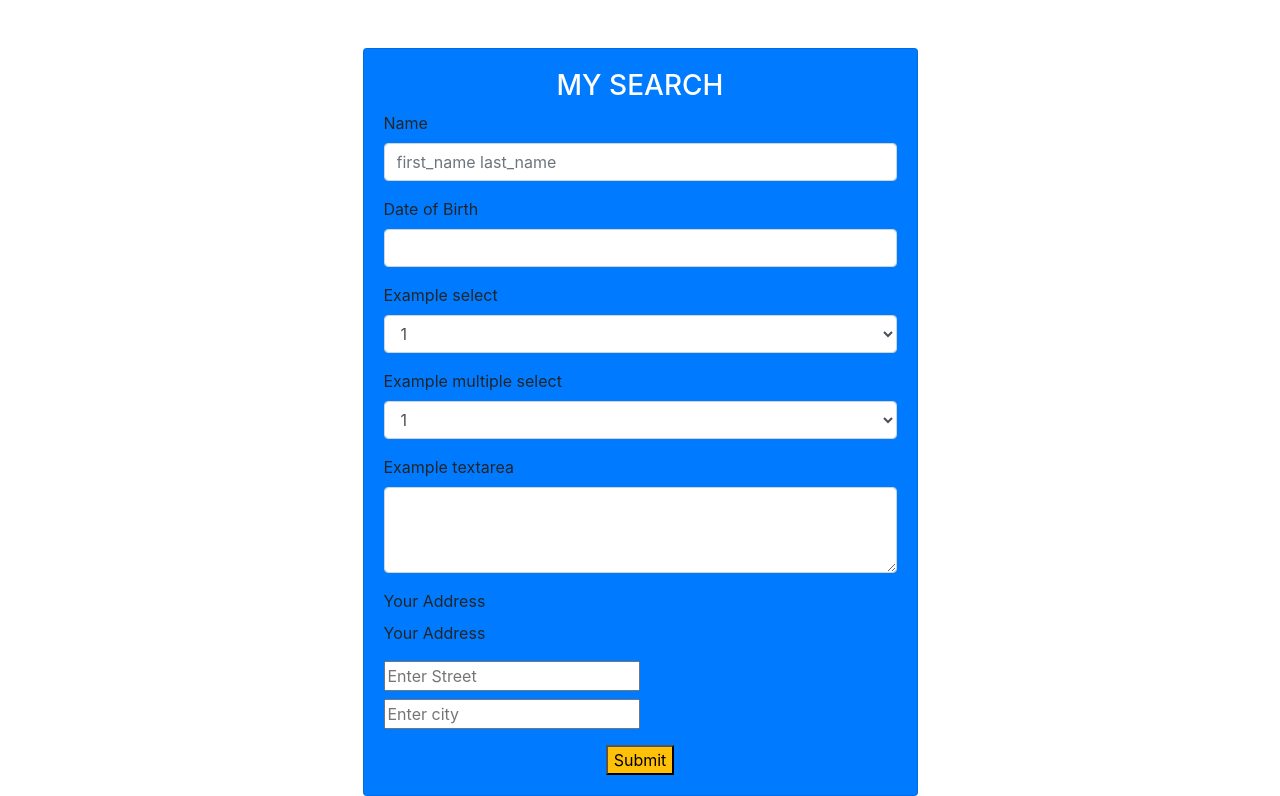
Repository: modinilesh/SpringMVC
Page: http://localhost/springmvcsearch/complex
The author's editor kept a copy of each file at every save. The page is drawn from the files as they stood at one save, then again after the next save.
The browser window is 1280 px wide. The pictures show the whole page.
Some web libraries are served in a nearby version. The page is served by Tomcat 9.

Above is the page before, as saved 2023-10-20 18:06:04.

After the next save:
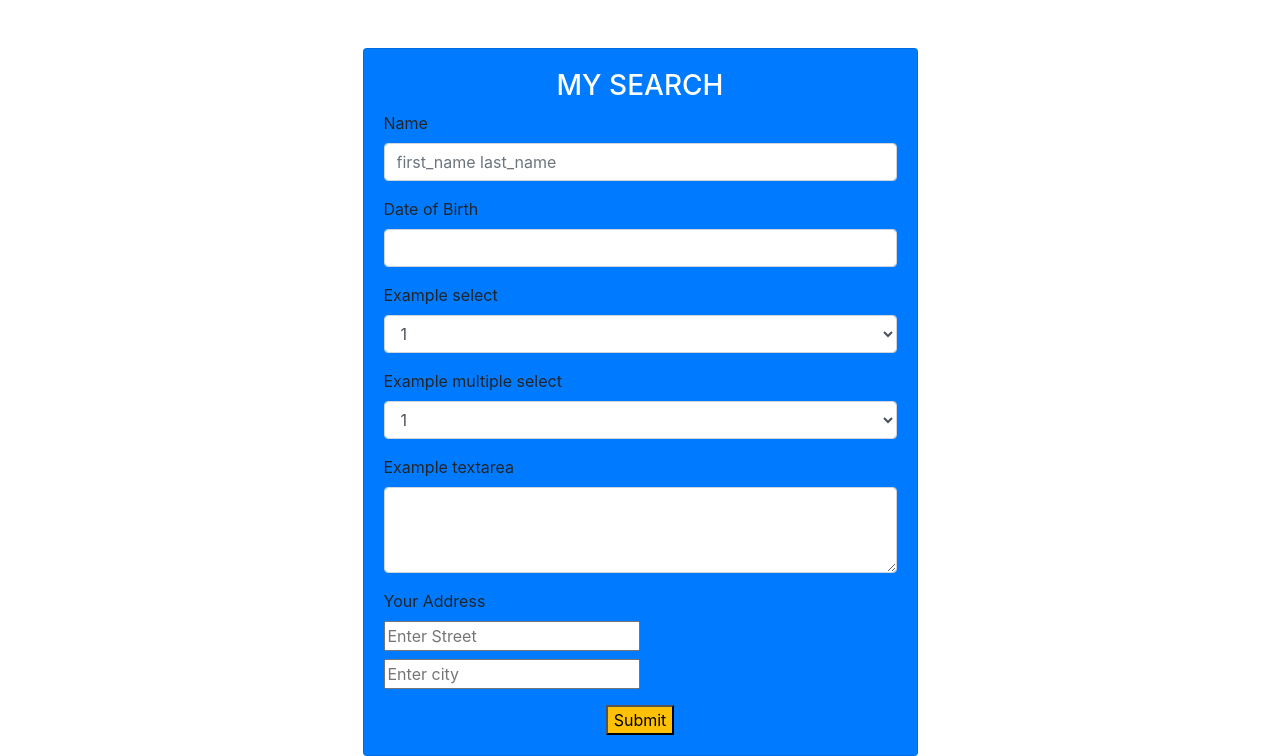
Saved 12 s later.
--- a/springmvcsearch/src/main/webapp/WEB-INF/views/complex_form.jsp
+++ b/springmvcsearch/src/main/webapp/WEB-INF/views/complex_form.jsp
@@ -67,7 +67,6 @@
 
 					<label for="address">Your Address</label>
 					<div class="form-group" id="address">
-						<p>Your Address</p>
 
 						<div class="card-group">
 							<input name="street" id="street" placeholder="Enter Street" />
